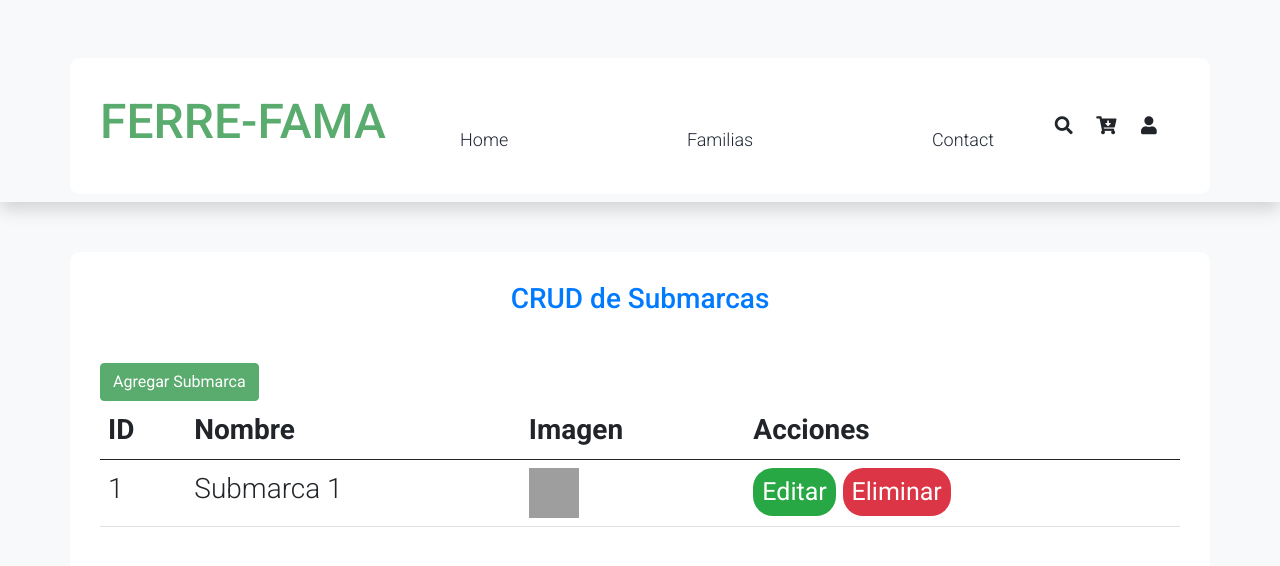
Repository: Yaqode/front-fama
Page: http://localhost/multimedia/Views/marcas.php
An editor plug-in stored every save of this project. The page is shown before and after the next save, followed by the edit.
The browser window is 1280 px wide. The pictures show the whole page.
Pictures or frames that could not be fetched are drawn as grey boxes. The page is run by PHP 8.4 with error messages shown; the project is at /var/www/html/.

Above is the page before, as saved 2023-12-06 21:57:07.

After the next save:
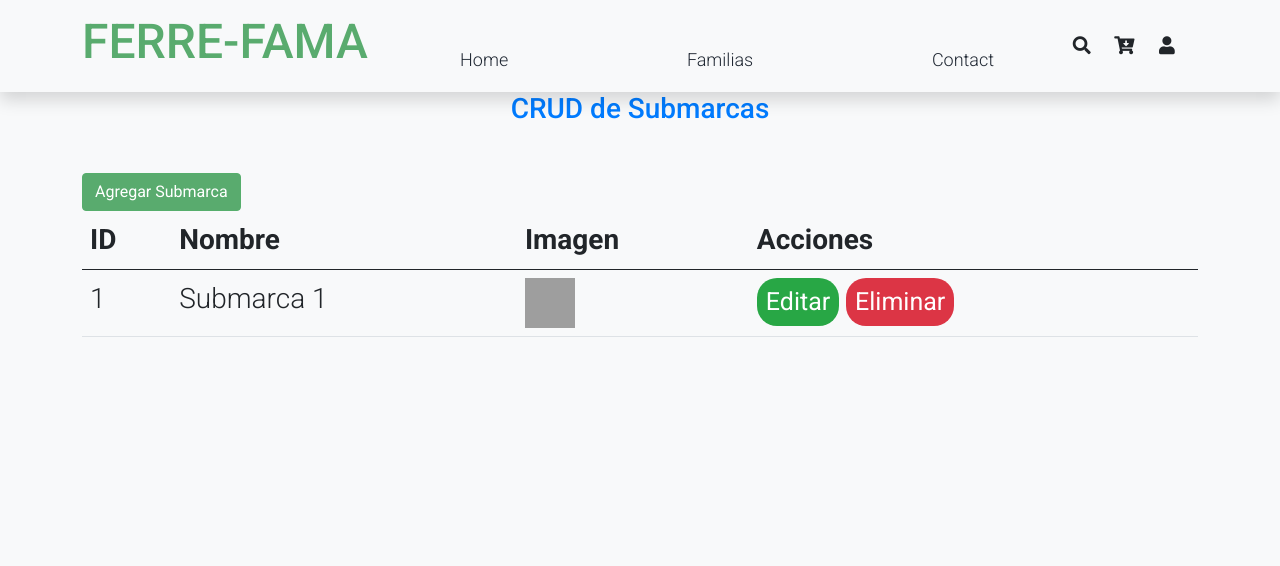
Saved 9 s later.
--- a/Views/marcas.php
+++ b/Views/marcas.php
@@ -23,7 +23,7 @@ body {
     font-family: 'Georgia', serif;
 }
 
-.container {
+.containerr {
     margin-top: 50px;
     background-color: #ffffff;
     padding: 30px;
